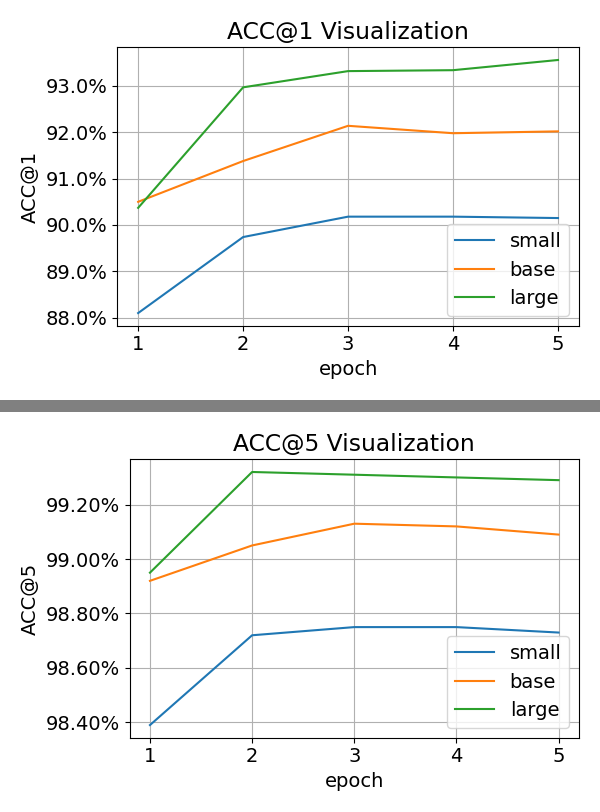
Repository: ginnux/vit
Script's output: python report/eval_fig.py
An editor plug-in stored every save of this project. The script's output is shown before and after the next save, followed by the edit.
Each picture stacks the figures in order, with grey between them; figures that are only written to a file come last. Random numbers start from a fixed seed.

Above is the script's output before, as saved 2024-06-24 15:30:15.

After the next save:
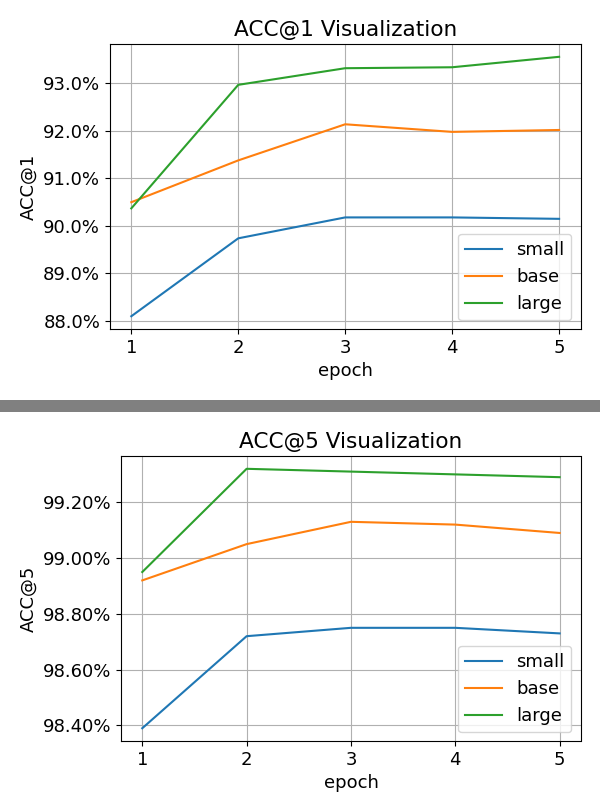
Saved 19 s later.
--- a/report/eval_fig.py
+++ b/report/eval_fig.py
@@ -6,7 +6,7 @@ import numpy as np
 
 # 修改全局配置
 plt.rcParams["font.family"] = "Times New Roman"
-plt.rcParams["font.size"] = 14
+plt.rcParams["font.size"] = 13
 
 with open("log.txt", "r") as f:
     lines = f.read()
